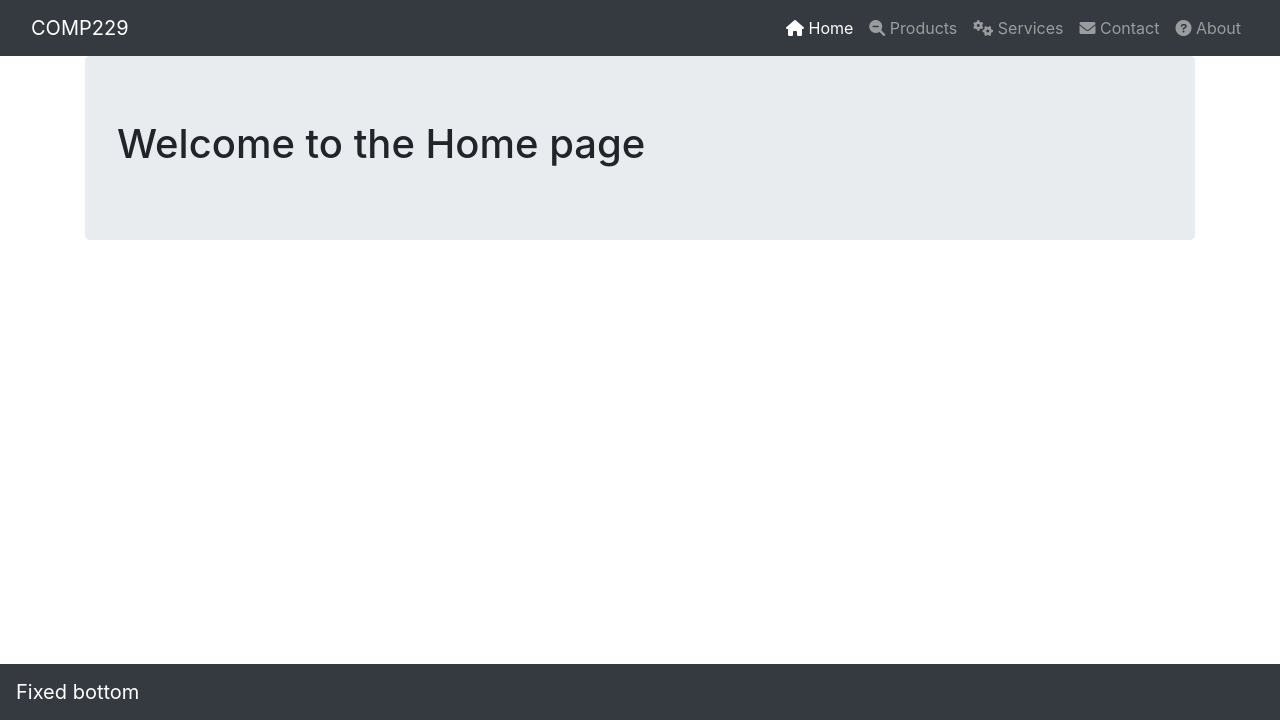
Repository: arsh16/week3_demo2
Page: http://localhost/
These files come from the project's save history. The page is drawn as it stood at one moment and after the next save; the edit follows.
The browser window is 1280 px wide. The pictures show the whole page.
Some web libraries are served in a nearby version. The page is served by the project's Node server (server.js). Other server files are loaded and not shown.

Above is the page before, as saved 2021-09-30 12:10:11.

### views/index.ejs
<!DOCTYPE html>
<html lang="en">
<head>
  <meta charset="UTF-8">
  <meta http-equiv="X-UA-Compatible" content="IE=edge">
  <meta name="viewport" content="width=device-width, initial-scale=1.0">
  <title><%= title %></title>

  <!--css-->
  <link rel='stylesheet' href='/Content/app.css' />

<!--These stylesheets were saying 404 in console-->

  <!--<link rel="stylesheet" href="/bootstrap/dist/bootstrap.min.css">
  <link rel="stylesheet" href='/@fortawesome/fontawesome-free/css/all.min.css'-->

  <link rel="stylesheet" href="https://cdn.jsdelivr.net/npm/bootstrap@4.6.0/dist/css/bootstrap.min.css" integrity="sha384-B0vP5xmATw1+K9KRQjQERJvTumQW0nPEzvF6L/Z6nronJ3oUOFUFpCjEUQouq2+l" crossorigin="anonymous">
 <link rel="stylesheet" href="https://cdnjs.cloudflare.com/ajax/libs/font-awesome/6.0.0-beta2/css/all.min.css" integrity="sha512-YWzhKL2whUzgiheMoBFwW8CKV4qpHQAEuvilg9FAn5VJUDwKZZxkJNuGM4XkWuk94WCrrwslk8yWNGmY1EduTA==" crossorigin="anonymous" referrerpolicy="no-referrer" />


</head>

<!--body-->
<body>

  <!--main nav-->
  <nav class="navbar navbar-expand-lg navbar-dark bg-dark">
    <div class="container-fluid">
      <a class="navbar-brand" href="/home">COMP229</a>
      <button class="navbar-toggler" type="button" data-bs-toggle="collapse" data-bs-target="#navbarSupportedContent" aria-controls="navbarSupportedContent" aria-expanded="false" aria-label="Toggle navigation">
        <span class="navbar-toggler-icon"></span>
      </button>

      <div class="collapse navbar-collapse" id="navbarSupportedContent">
        <ul class="navbar-nav ml-auto mb-2 mb-lg-0">

          <% if (title=="Home"){%>
          <li class="nav-item active"><%}
          else {%>
              <li class="nav-item"><% }%>

            <a class="nav-link" aria-current="page" href="/home"><i class="fas fa-home"></i> Home </a>
          </li>

          <% if (title=="Products"){%>
          <li class="nav-item active"><%}
          else {%>
              <li class="nav-item"><% }%>
            <a class="nav-link" href="/products"><i class="fas fa-search-minus"></i> Products </a>
          </li>

          <% if (title=="Services"){%>
          <li class="nav-item active"><%}
          else {%>
              <li class="nav-item"><% }%>
            <a class="nav-link" href="/services"><i class="fas fa-cogs"></i> Services </a>
          </li>

          <% if (title=="Contact"){%>
          <li class="nav-item active"><%}
          else {%>
              <li class="nav-item"><% }%>
            <a class="nav-link" href="/contact"><i class="fas fa-envelope"></i> Contact </a>
          </li>

          <% if (title=="About"){%>
          <li class="nav-item active"><%}
          else {%>
              <li class="nav-item"><% }%>
            <a class="nav-link" href="/about"><i class="fas fa-question-circle"></i> About </a>


        </ul>

      </div>
    </div>
  </nav>

  <main class="container">
    <div class="jumbotron">
    <h1>Welcome to the <%= title %> page</h1>

  </div>
  </main>

  <footer>
    <nav class="navbar fixed-bottom navbar-dark bg-dark">
    <a class="navbar-brand" href="#">Fixed bottom</a>
    </nav>
    </footer>

  <!--scripts-->
  <script src="https://ajax.googleapis.com/ajax/libs/jquery/2.1.1/jquery.min.js"></script>
 <!-- <script src="/jquery/dist/jquery.min.js"></script>-->
  <script src="/Scripts/app.js"></script>
</body>
</html>

### server.js
#!/usr/bin/env node

/**
 * Module dependencies.
 */

var app = require('./app');
var debug = require('debug')('assignment1:server');
var http = require('http');

/**
 * Get port from environment and store in Express.
 */

var port = normalizePort(process.env.PORT || '3000');
app.set('port', port);

/**
 * Create HTTP server.
 */

var server = http.createServer(app);

/**
 * Listen on provided port, on all network interfaces.
 */

server.listen(port);
server.on('error', onError);
server.on('listening', onListening);

/**
 * Normalize a port into a number, string, or false.
 */

function normalizePort(val) {
  var port = parseInt(val, 10);

  if (isNaN(port)) {
    // named pipe
    return val;
  }

  if (port >= 0) {
    // port number
    return port;
  }

  return false;
}

/**
 * Event listener for HTTP server "error" event.
 */

function onError(error) {
  if (error.syscall !== 'listen') {
    throw error;
  }

  var bind = typeof port === 'string'
    ? 'Pipe ' + port
    : 'Port ' + port;

  // handle specific listen errors with friendly messages
  switch (error.code) {
    case 'EACCES':
      console.error(bind + ' requires elevated privileges');
      process.exit(1);
      break;
    case 'EADDRINUSE':
      console.error(bind + ' is already in use');
      process.exit(1);
      break;
    default:
      throw error;
  }
}

/**
 * Event listener for HTTP server "listening" event.
 */

function onListening() {
  var addr = server.address();
  var bind = typeof addr === 'string'
    ? 'pipe ' + addr
    : 'port ' + addr.port;
  debug('Listening on ' + bind);
}

### routes/index.js
var express = require('express');
var router = express.Router();

/* GET home page. */
router.get('/', function(req, res, next) {
  res.render('index', { title: 'Home' });
});

router.get('/home', function(req, res, next) {
  res.render('index', { title: 'Home' });
});


router.get('/about', function(req, res, next) {
  res.render('index', { title: 'About' });
});

router.get('/products', function(req, res, next) {
  res.render('index', { title: 'Products'});
});

router.get('/services', function(req, res, next) {
  res.render('index', { title: 'Services' });
});

router.get('/contact', function(req, res, next) {
  res.render('index', { title: 'Contact' });
});

module.exports = router;

### app.js
let createError = require('http-errors');
let express = require('express');
let path = require('path');
let cookieParser = require('cookie-parser');
let logger = require('morgan');

let indexRouter = require('./routes/index');
let usersRouter = require('./routes/users');

let app = express();

// view engine setup
app.set('views', path.join(__dirname, 'views'));
app.set('view engine', 'ejs');

app.use(logger('dev'));
app.use(express.json());
app.use(express.urlencoded({ extended: false }));
app.use(cookieParser());
app.use(express.static(path.join(__dirname, 'public')));

app.use('/', indexRouter);
app.use('/users', usersRouter);

// catch 404 and forward to error handler
app.use(function(req, res, next) {
  next(createError(404));
});

// error handler
app.use(function(err, req, res, next) {
  // set locals, only providing error in development
  res.locals.message = err.message;
  res.locals.error = req.app.get('env') === 'development' ? err : {};

  // render the error page
  res.status(err.status || 500);
  res.render('error');
});

module.exports = app;

### public/Content/app.css
/*-custom css--*/

### public/Scripts/app.js
/*IIFE*/

(function()
{
    function Start()
    {
        console.log("App started...");
    }
    window.addEventListener("load", Start);
})();

After the next save:
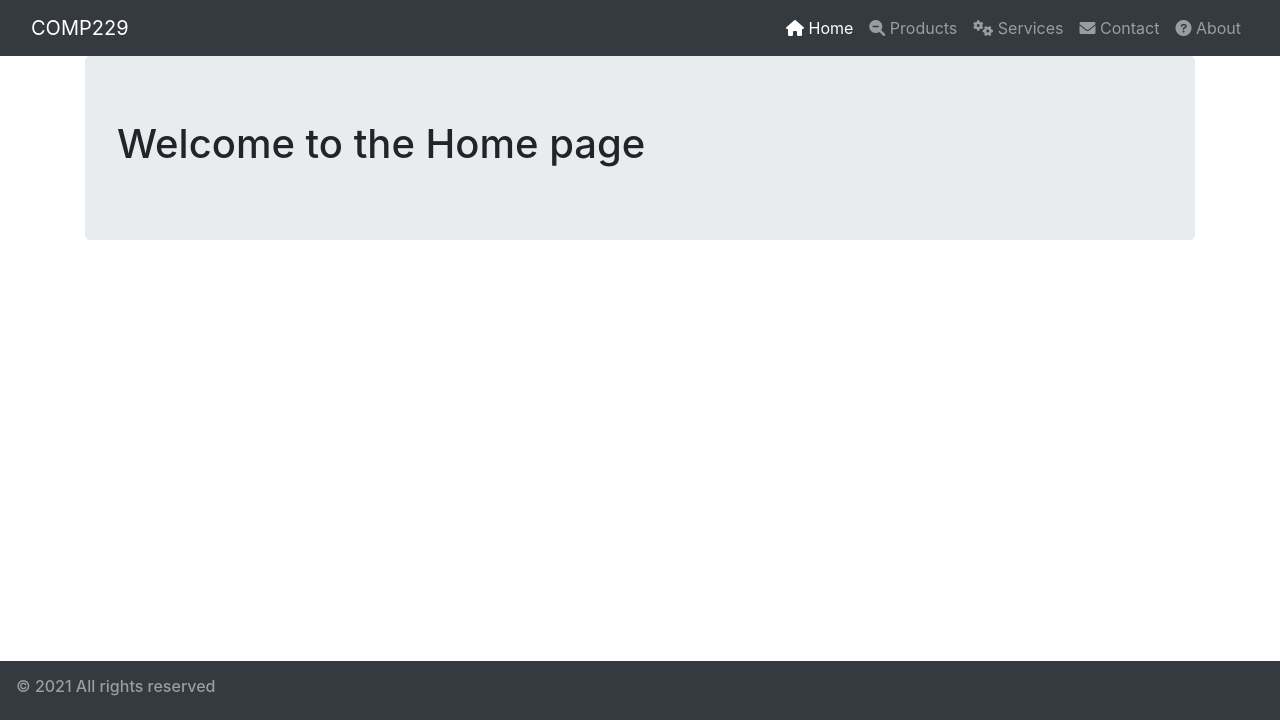
Saved 4 min 42 s later.
--- a/views/index.ejs
+++ b/views/index.ejs
@@ -85,7 +85,7 @@
 
   <footer>
     <nav class="navbar fixed-bottom navbar-dark bg-dark">
-    <a class="navbar-brand" href="#">Fixed bottom</a>
+    <h6 class="navbar-text">&copy; 2021 All rights reserved</h6>
     </nav>
     </footer>
 
